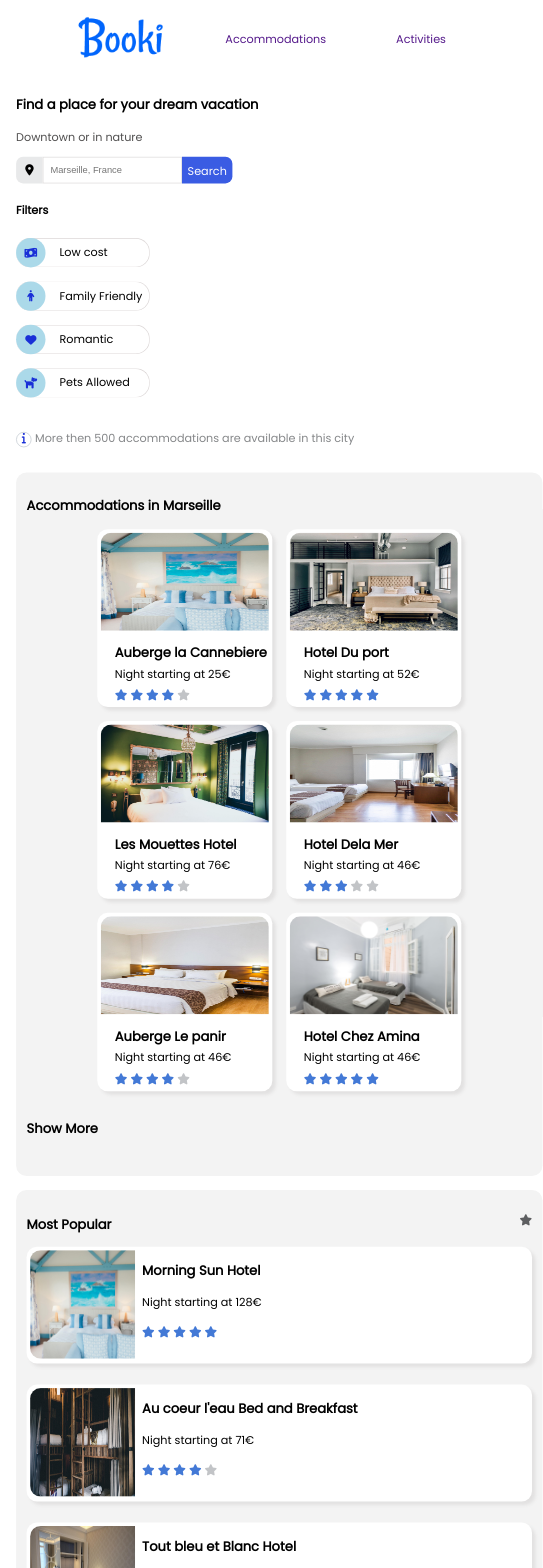
Repository: ailahin/booki
Page: index.html
These files come from the project's save history. The page is drawn as it stood at one moment and after the next save; the edit follows.
The browser window is 768 px wide. The page is 775 px wide, so the pictures cover 775 px, including what lies to the right of the window. The pictures show the part of the page from y = 0 to 2240 px (the page is 6201 px tall), at 70% of full size.
Some web fonts or font styles are not loaded; a fallback is used. Some web libraries are served in a nearby version.

Above is the page before, as saved 2023-07-19 03:26:30.

### index.html
<!DOCTYPE html>
<html lang="en">
<head>
    <meta charset="UTF-8">
    <meta http-equiv="X-UA-Compatible" content="IE=edge">
    <meta name="viewport" content="width=device-width, initial-scale=1.0">
    <title>Booki</title>
    <link rel="stylesheet" href="css/index.css">
    <link rel="stylesheet" href="https://fonts.googleapis.com/css?family=Poppins|Sofia|Trirong">

    <!-- Google fronts -->
    <link rel="preconnect" href="https://fonts.googleapis.com">
    <link rel="preconnect" href="https://fonts.gstatic.com" crossorigin>
    <link href="https://fonts.googleapis.com/css2?family=Poppins&display=swap" rel="stylesheet">

    <script src="https://kit.fontawesome.com/a5dfdf2455.js" crossorigin="anonymous"></script>

</head>
<body>
    <header class="body">
        <nav>
            <div class="navbar">
                <div class="booki">
                    <img src="images/logo/Booki.png" alt="">
                </div>

                <div class="nav-flex">
                    <div id="nav-accommodation-text">
                        <a href="">Accommodations</a>
                     </div>
                     <div id="nav-activities-text" class="activities">
                         <a href=""> Activities</a>
                     </div>
               </div>
            </div>
        </nav>
    </header>

   <main class="body">
    <section>
        <div>
            <h3 class="dream-vacation">Find  a place for your dream vacation</h3>
        <p class="downtown"> Downtown or in nature</p>
        </div>

        <div class="search-bar">
            <div class="search-icon"> <i class="fa-solid fa-location-dot"></i> </div>
            <div class="search-place">
                <div class="placeholder">
                <input type="search" name="marseille, France" placeholder="Marseille, France" id="marseille">
            </div>
        </div>
            <div class="search-btn">Search</div>
        </div>

        <div>
            <div class="filters-bar">


                <div class="filters">
                    <div class="filters-text">
                        <H4>Filters</H4>
                    </div>
                    <div class="cost">
                        <div class="filters-icon"> <i class="fa-solid fa-money-bill-wave" style="color: #192fd7;"></i></div>
                        <div class="icon">Low cost</div>
                    </div>

                       <div class="cost">
                        <div class="filters-icon"> <i class="fa-solid fa-person" style="color: #192fd7;"></i></div>
                        <div class="icon">Family Friendly</div>
                       </div>

                       <div class="cost">
                        <div class="filters-icon"> <i class="fa-solid fa-heart" style="color: #192fd7;"></i></div>
                        <div class="icon">Romantic</div>
                       </div>

                       <div class="cost">
                        <div class="filters-icon"> <i class="fa-solid fa-dog" style="color: #192fd7;"></i></div>
                        <div class="icon">Pets Allowed</div>
                       </div>


                </div>
            </div>

           <div>
            <div class="info">
                <div >
                    <i class="fa-solid fa-info" style="color: #192fd7;"></i>
                </div>

                <div>
                    <p> More then 500 accommodations are available in this city</p>
                </div>
            </div>
           </div>
        </div>


    </section>
    <section class="accomodations-details">

        <section class="all-accomodations" >

            <div>
                <h3>Accommodations in Marseille</h3>
            </div>

            <div class="all-accomodations-details">

                <div class="details-container">
                    <div>
                        <img src="images/hebergements/2_large/annie-spratt-Eg1qcIitAuA-unsplash.jpg" alt="">

                    </div>
                    <div class="details-text">
                        <h3>
                            Auberge la Cannebiere
                        </h3>
                        <div>
                            <p>
                                Night starting at 25€
                            </p>
                        </div>
                        <div>
                            <i class="fa-solid fa-star" style="color: #4379d6;"></i>
                            <i class="fa-solid fa-star" style="color: #4379d6;"></i>
                            <i class="fa-solid fa-star" style="color: #4379d6;"></i>
                            <i class="fa-solid fa-star" style="color: #4379d6;"></i>
                            <i class="fa-solid fa-star" style="color: #c2c4c7;"></i>
                        </div>
                    </div>
                </div>

                <div class="details-container">
                    <div><img src="images/hebergements/2_large/aw-creative-VGs8z60yT2c-unsplash.jpg" alt=""></div>
                    <div class="details-text">
                        <h3>Hotel Du port </h3>

                        <div>
                            <p>   Night starting at 52€ </p>
                        </div>
                        <div>
                            <i class="fa-solid fa-star" style="color: #4379d6;"></i>
                            <i class="fa-solid fa-star" style="color: #4379d6;"></i>
                            <i class="fa-solid fa-star" style="color: #4379d6;"></i>
                            <i class="fa-solid fa-star" style="color: #4379d6;"></i>
                            <i class="fa-solid fa-star" style="color: #4379d6;"></i>

                        </div>
                    </div>
                </div>
                <div class="details-container">
                    <div><img src="images/hebergements/2_large/emile-guillemot-Bj_rcSC5XfE-unsplash.jpg" alt=""></div>
                    <div class="details-text">
                        <h3> Les Mouettes Hotel</h3>

                        <div>
                            <p>
                                Night starting at 76€
                            </p>
                            <div>
                                <i class="fa-solid fa-star" style="color: #4379d6;"></i>
                                <i class="fa-solid fa-star" style="color: #4379d6;"></i>
                                <i class="fa-solid fa-star" style="color: #4379d6;"></i>
                                <i class="fa-solid fa-star" style="color: #4379d6;"></i>
                                <i class="fa-solid fa-star" style="color: #c2c4c7;"></i>
                            </div>
                        </div>
                    </div>
                </div>
                <div class="details-container">
                    <div><img src="images/hebergements/2_large/febrian-zakaria-M6S1WvfW68A-unsplash.jpg" alt=""></div>

                    <div class="details-text">
                        <h3>
                                Hotel Dela Mer
                        </h3>
                        <div>
                            <p> Night starting at 46€</p>
                        </div>
                        <div>
                            <i class="fa-solid fa-star" style="color: #4379d6;"></i>
                            <i class="fa-solid fa-star" style="color: #4379d6;"></i>
                            <i class="fa-solid fa-star" style="color: #4379d6;"></i>

                            <i class="fa-solid fa-star" style="color: #c2c4c7;"></i>
                            <i class="fa-solid fa-star" style="color: #c2c4c7;"></i>
                        </div>
                    </div>
                </div>
                <div class="details-container">
                    <div><img src="images/hebergements/2_large/febrian-zakaria-sjvU0THccQA-unsplash.jpg" alt=""></div>

                    <div class="details-text">
                        <h3>Auberge Le panir</h3>
                    </div>
                    <div class="details-text">
                        <p > Night starting at 46€ </p>
                    </div>
                    <div class="details-text">
                        <i class="fa-solid fa-star" style="color: #4379d6;"></i>
                        <i class="fa-solid fa-star" style="color: #4379d6;"></i>
                        <i class="fa-solid fa-star" style="color: #4379d6;"></i>
                        <i class="fa-solid fa-star" style="color: #4379d6;"></i>

                        <i class="fa-solid fa-star" style="color: #c2c4c7;"></i>

                    </div>


                </div>
                <div class="details-container">
                    <div><img src="images/hebergements/2_large/fred-kleber-gTbaxaVLvsg-unsplash.jpg" alt=""></div>

                    <div class="details-text">
                        <h3>Hotel Chez Amina</h3>
                        <div>
                            <p>Night starting at 46€</p>
                        </div>
                        <div>
                            <i class="fa-solid fa-star" style="color: #4379d6;"></i>
                            <i class="fa-solid fa-star" style="color: #4379d6;"></i>
                            <i class="fa-solid fa-star" style="color: #4379d6;"></i>
                            <i class="fa-solid fa-star" style="color: #4379d6;"></i>
                            <i class="fa-solid fa-star" style="color: #4379d6;"></i>

                        </div>
                    </div>


                </div>


            </div>

            <div class="show-more">
                <h3>Show More</h3>
            </div>

        </section>

        <section class="most-popular">

            <div class="most-popular-icon">
                <h3>
                    Most Popular
                </h3>
                <p>
                    <i class="fa-solid fa-star" style="color: #5d5e60" > </i>
                </p>


            </div>

            <div class="most-popular-details">
                <div class="popular-details-container">
                    <div>
                        <img src="images/hebergements/2_large/annie-spratt-Eg1qcIitAuA-unsplash.jpg" alt="">
                    </div>
                    <div class="popular-details-text">
                        <h3>Morning Sun Hotel</h3>
                        <p>Night starting at 128€</p>
                        <div>
                            <div>
                                <i class="fa-solid fa-star" style="color: #4379d6;"></i>
                                <i class="fa-solid fa-star" style="color: #4379d6;"></i>
                                <i class="fa-solid fa-star" style="color: #4379d6;"></i>
                                <i class="fa-solid fa-star" style="color: #4379d6;"></i>
                                <i class="fa-solid fa-star" style="color: #4379d6;"></i>

                            </div>
                        </div>
                    </div>
                </div>
                <div class="popular-details-container" >
                    <div>
                        <img src="images/hebergements/2_large/nicate-lee-kT-ZyaiwBe0-unsplash.jpg" alt="">
                    </div>
                    <div class="popular-details-text">
                        <h3>Au coeur l'eau Bed and Breakfast</h3>
                        <p>Night starting at 71€</p>
                        <div>
                            <i class="fa-solid fa-star" style="color: #4379d6;"></i>
                            <i class="fa-solid fa-star" style="color: #4379d6;"></i>
                            <i class="fa-solid fa-star" style="color: #4379d6;"></i>
                            <i class="fa-solid fa-star" style="color: #4379d6;"></i>
                            <i class="fa-solid fa-star" style="color: #c2c4c7;"></i>

                        </div>
                    </div>
                </div>
                <div class="popular-details-container">
                    <div>
                        <img src="images/hebergements/2_large/reisetopia-B8WIgxA_PFU-unsplash.jpg" alt="">
                    </div>
                    <div class="popular-details-text">
                        <h3>Tout bleu et Blanc Hotel</h3>
                        <p>Night starting at 68€</p>
                        <div>
                            <i class="fa-solid fa-star" style="color: #4379d6;"></i>
                            <i class="fa-solid fa-star" style="color: #4379d6;"></i>
                            <i class="fa-solid fa-star" style="color: #4379d6;"></i>
                            <i class="fa-solid fa-star" style="color: #4379d6;"></i>
                            <i class="fa-solid fa-star" style="color: #c2c4c7;"></i>

                        </div>
                    </div>
                </div>

            </div>



        </section>

    </section>

    <section>
        <div>
            <h1> Activities in Marseille</h1>
        </div>
        <div>
            <div class="activites-images">
                <div class="activites-container" id="one">
                  <div>
                    <img src="images/activites/2_large/reno-laithienne-QUgJhdY5Fyk-unsplash.jpg " alt="">
                  </div>

                  <div class="text-container">
                    <h3>Old Port</h3>
                </div>
                </div>
                <div class="activites-container" id="two">
                    <div>
                        <img src="images/activites/2_large/florian-wehde-xW9e8gdotxI-unsplash.jpg" alt="">
                    </div>
                    <div class="text-container">
                        <h3>Notre-Dame-de-la-Grade</h3>
                    </div>
                </div>
                <div  class="activites-container" id="three">
                    <div>
                        <img src="images/activites/2_large/lena-paulin-wH2-EJoDcV0-unsplash.jpg" alt="">
                    </div>
                    <div class="text-container">
                        <h3>Longchamp Park </h3>
                    </div>
                 </div>
                <div class="activites-container" id="four">
                    <div>
                        <img src="images/activites/2_large/paul-hermann-QFTrLdQIRhI-unsplash.jpg" alt="">
                    </div>

                    <div class="text-container">
                        <h3>Pomegués Fort</h3>
                    </div>
                </div>
                <div class="activites-container" id="five">
                   <div>
                    <img src="images/activites/2_large/kevin-hikari-rV_Qd1l-VXg-unsplash.jpg " alt="">
                   </div>
                   <div class="text-container">
                    <h3> Frioul Island </h3>
                   </div>
                </div>
                <div class="activites-container" id="six">
                    <div>
                        <img src="images/activites/2_large/kilyan-sockalingum-NR8-cBCN3aI-unsplash.jpg" alt="">
                    </div>

                    <div class="text-container">
                        <h3>Calanques National Park</h3>
                    </div>
                </div>
            </div>
        </div>
    </section>
   </main>

    <footer class="footer-main">
        <section>
            <div class="footer">
                <div class="about">
                    <h3> About</h3>
                    <p> Site Map</p>
                    <p>General Terms and Conditions  </p>
                    <p>Data and Privacy </p>


                </div>
                <div class="accommodations">
                    <h3> Our Accommodations</h3>
                    <p>Quality Assistant</p>
                    <p>You have a hotel ?</p>

                </div>

                <div class="assistance">
                        <h3>
                            Assistance
                        </h3>

                        <p>Help Desk</p>
                        <p>Contact Us</p>
                </div>
            </div>
        </section>

    </footer>

</body>
</html>

### css/index.css
.body{
    font-family: "poppins", sans-serif;
    padding-left: 15px;
    padding-right: 15px;
}
.navbar{
    display: flex;
    flex-direction: row;
    justify-content:space-between;
    align-items: center;
}

.nav-flex{
    display:flex;
    padding-left: 20px;
    padding-right: 20px;
    justify-content:space-around;
}
.nav-flex a{
    text-decoration: none;
}
.nav-flex a:hover{
    border-top: 2px solid blue;
    color: blue;
    padding-top: 30px;


}
.dream-vacation{

}
.downtown{
    color: rgb(80, 79, 79);

}
.activities{
    margin-left: 100px;
}

.search-bar{
    display:flex;
    align-items: center;


}
.search-icon{
    display: flex;
    background-color: rgb(232, 233, 234);
    height:38px;
    width: 38px;
    align-items: center;
    justify-content: center;
    border-radius: 10px 0 0 10px;

}
.placeholder input{
   height: 38px;
   border-left: 0px;
   border-right: 0px;
   border: 1px solid rgb(220, 218, 218);
   padding: 10px;
}
.placeholder{


}

 .search-place{


 }



.search-btn{
    background-color: rgb(58, 92, 227);
    color:white;
    height: 22px;
    padding:8px;
    border-radius: 0  10px 10px 0;
}
.filters-bar{
    margin-top: 20px;

}

.cost{
    display: flex;
    border: 1px solid;
    border-left: 0px;
   border-color: rgb(220, 215, 215);
   height: 40px;
   width: 190px;
   align-items: center;
   gap: 20px;
   border-radius: 20px;
}
.filters-icon{
    display: flex;
    background-color: rgb(171, 217, 233);
    height:42px ;
    width: 42px;
    align-items: center;
    border-radius: 100%;
    justify-content: center;
}
.filters{
    display: flex;
    gap: 20px;
}
.filters-text{
   display: flex;
   height: 38px;
   align-items: center;
}

.fa-info{
    display: flex;
    border: 1px rgb(193, 200, 207) solid;
    border-radius: 100%;
    width: 20px;
    height: 20px;
    align-items: center;
    justify-content: center;
}
.info{
    display: flex;
    align-items: center;
    text-align: center;
    gap:5px;
    margin-top: 30px;
}
.info p{
    color: rgb(133, 135, 137);
}

.accomodations-details{
    display: flex;
}
.all-accomodations{
    width: 66%;
    background-color:rgb(243, 243, 243);
    padding: 15px;
    margin-top: 20px;
    margin-right: 20px;
    border-radius: 15px;
}

.show-more{
    padding-top: 20px;
    padding-bottom: 20px;
}
.most-popular{
    width: 34%;
    background-color:rgb(243, 243, 243);
    padding:15px;
    margin-top: 20px;
    border-radius: 15px;
    padding-bottom: 30px;

}
.most-popular-icon{
    display: flex;
    justify-content: space-between;

}
.all-accomodations-details img{
    width: 240px;
    height: 140px;
    border-top-left-radius: 15px;
    border-top-right-radius: 15px;

}
.all-accomodations-details{
   display: grid;
   grid-template-columns: repeat(3, 1fr);
   gap: 20px;

}

.details-container{
    background-color:white;
    padding: 5px;
    border-radius: 15px;
    box-shadow: 5px 5px 5px 0px rgb(226, 225, 225);


}

.details-text {
margin-left: 20px;
line-height: .3cm;
margin-bottom: 5px;


}
.most-popular-details{
    display: grid;
    grid-template-rows: repeat(3, 1fr);
    gap:30px;


}
.popular-details-container img{
    width:150px;
    height: 155px;
    border-top-left-radius: 15px;
    border-bottom-left-radius: 15px;
    margin-top: 2px;
    margin-left: 2px;

}
.popular-details-container{
    display: flex;
    background-color:white;
    padding-top: 3px;
    padding-left: 3px;
    border-radius: 15px;
    box-shadow: 5px 5px 5px 0px rgb(226, 225, 225);
}
.popular-details-text{
    margin-left: 10px;
    line-height: .7cm;

}

.activites-images img{
    width: 100%;
    border-top-left-radius: 15px;
    border-top-right-radius: 15px;



  }

  .activites-images {
    display: grid;
    grid-template-columns: repeat(4, 1fr);
    gap: 30px;
    margin-bottom: 80px;

  }

  .activites-container{
    box-shadow: 0px 5px 5px 0px rgb(239, 238, 238);
    border-bottom-left-radius: 15px;
    border-bottom-right-radius: 15px;
  }


#one{
    grid-row: 1/3;
    grid-row: 1 / 3;

}

#one img{

    height: 472px;

}

.text-container{

    margin-left: 20px;

}

#two{

}
#three{
    grid-column: 2/3;
    grid-row:2/3 ;
}
#three img{
   height: 183px;

}
#four {
    grid-row: 1/3;
    border-top-right-radius: 15px;
}

#four img {

    height: 475px;
}

#five{
    grid-column: 4/5;
    grid-row:1/2 ;
}
#six{
    grid-column: 4/5;
    grid-row:2/3 ;
}

.footer{
    display: flex;
    justify-content: space-between;
    background-color:rgb(243, 243, 243);
    font-family: "poppins", sans-serif;
    margin-right: 200px;
}
.footer p{
    color: rgb(146, 145, 145);
}
.footer-main{
    background-color:rgb(243, 243, 243);
    padding: 15px;

}



 @media only screen and (max-width: 400px){
    .nav-flex{

    }
    .nav-flex a:hover{
        border-bottom: 2px solid blue;
        color: blue;
        padding-top: 1px;
        border-top: 2px white solid;
    }


    }








/* Extra small devices (phones, 600px and down) */
@media only screen and (max-width: 800px) {
    .navbar{
       display: flex;
       flex-wrap: wrap;
       justify-content: center;
       align-items: center;
       margin-bottom: 30px;


    };

    .nav-flex{

    }

    .filters {
        width: 100%;
        display:flex;
        flex-direction: column;
        flex-wrap:wrap;

    }
    .accomodations-details{
        display: flex;
        flex-direction:column-reverse;
        flex-wrap: wrap;
    }
    .all-accomodations{
        width: 100%;
        align-items: center;
        justify-content: center;

    }
    .all-accomodations-details{
        display: flex;
        flex-direction: row;
        flex-wrap: wrap;
        align-items: center;
        justify-content: center;

    }

    .most-popular{
        width: 100%;

    }


    .most-popular-details img{
        width:150px;
        height: 155px;
        border-top-left-radius: 15px;
        border-bottom-left-radius: 15px;
        margin-top: 2px;
        margin-left: 2px;

    }


.footer{
    display: flex;
    flex-direction: column;
}

.activites-images {
   display: flex;
   flex-direction: column-reverse;


}

  }



  /* Small devices (portrait tablets and large phones, 600px and up) */
  @media only screen and (min-width: 768px) and ( max-width: 900px) {
    .example {background: green;}




  }

  /* Medium devices (landscape tablets, 768px and up) */
  @media only screen and (max-width: 1000px) and ( min-width: 600px) {
    .accomodations-details{
        display: flex;
        flex-direction:column;
        flex-wrap: wrap;
    }


}

  /* Large devices (laptops/desktops, 992px and up) */
  @media only screen and (min-width: 992px) {


  }

  /* Extra large devices (large laptops and desktops, 1200px and up) */
  @media only screen and (min-width: 1200px) {


  }

After the next save:
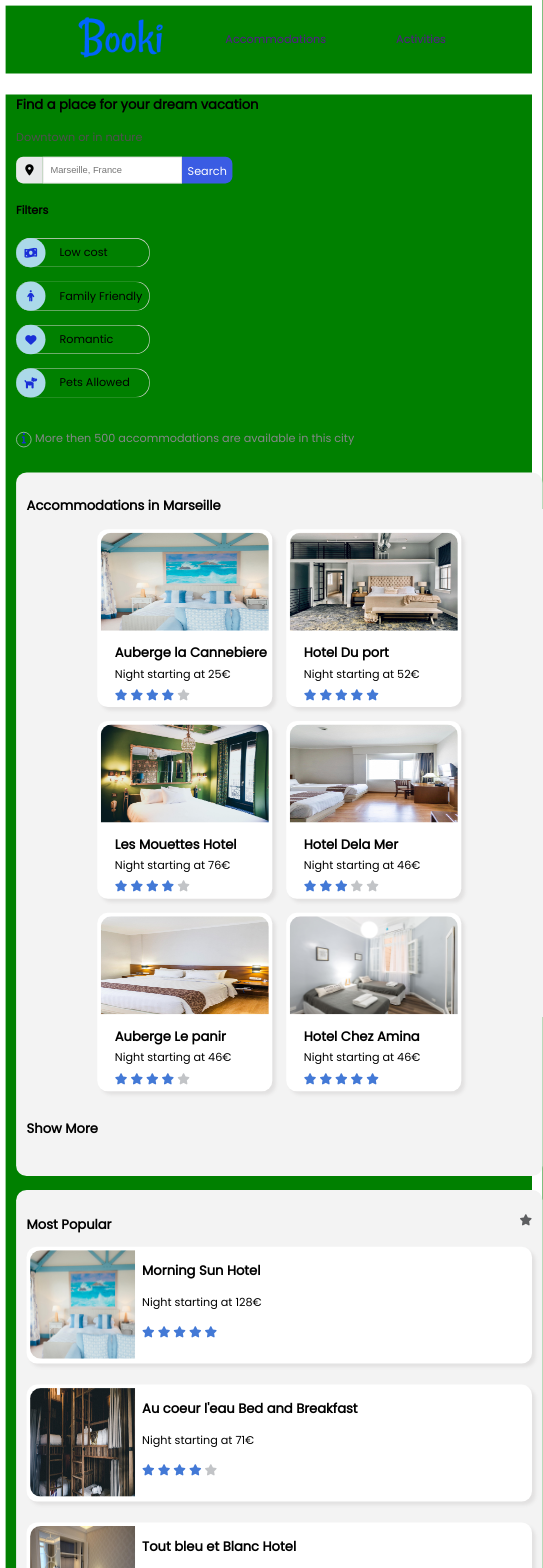
Saved 6 s later.
--- a/css/index.css
+++ b/css/index.css
@@ -413,7 +413,7 @@ margin-bottom: 5px;
 
   /* Small devices (portrait tablets and large phones, 600px and up) */
   @media only screen and (min-width: 768px) and ( max-width: 900px) {
-    .example {background: green;}
+    .body {background: green;}
 
 
 
